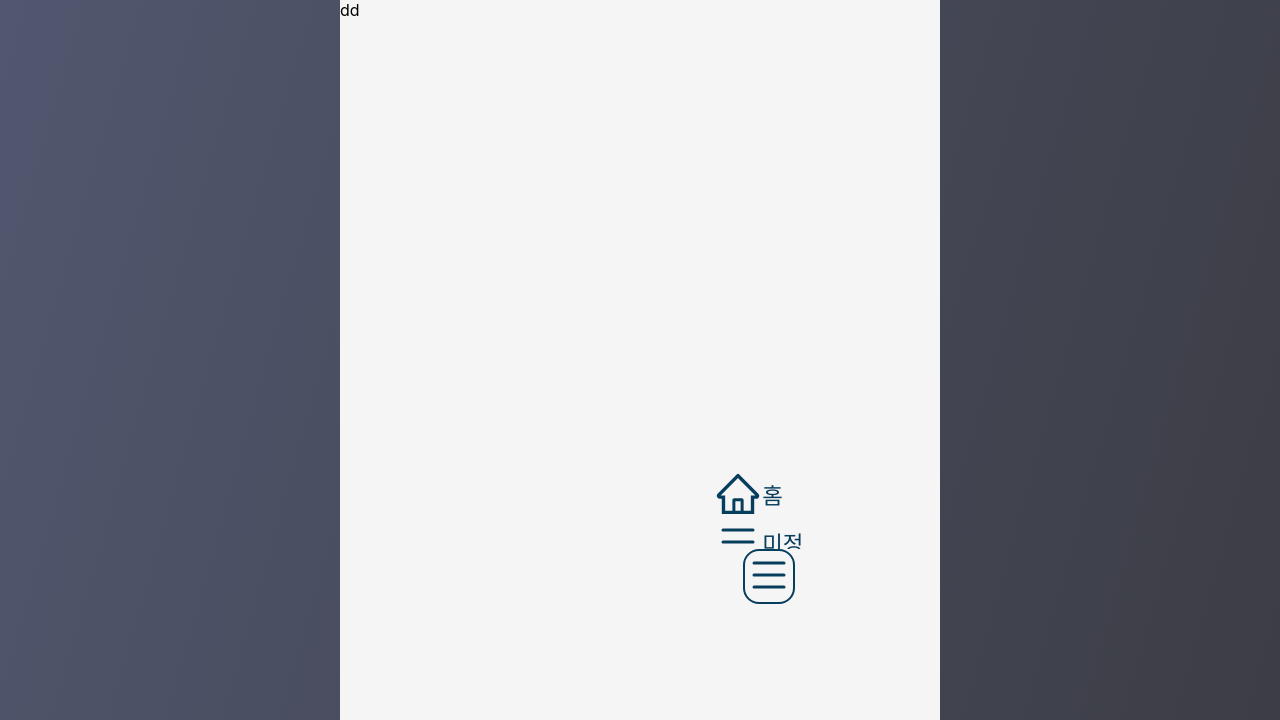
Repository: SeungYn/hanium
Page: /
An editor plug-in stored every save of this project. The page is shown before and after the next save, followed by the edit.
The browser window is 1280 px wide. The pictures show the whole page.
The project was rebuilt for these pictures with package versions that can differ from the ones it lists, and the page was loaded fresh each time. Also part of the build but not shown: src/App.css, src/components/ReadPopup/ReadPopup.module.css, src/components/ReadPopup/ReadPopup.jsx, src/pages/login/Login.jsx.

Above is the page before, as saved 2022-10-27 14:01:24.

After the next save:
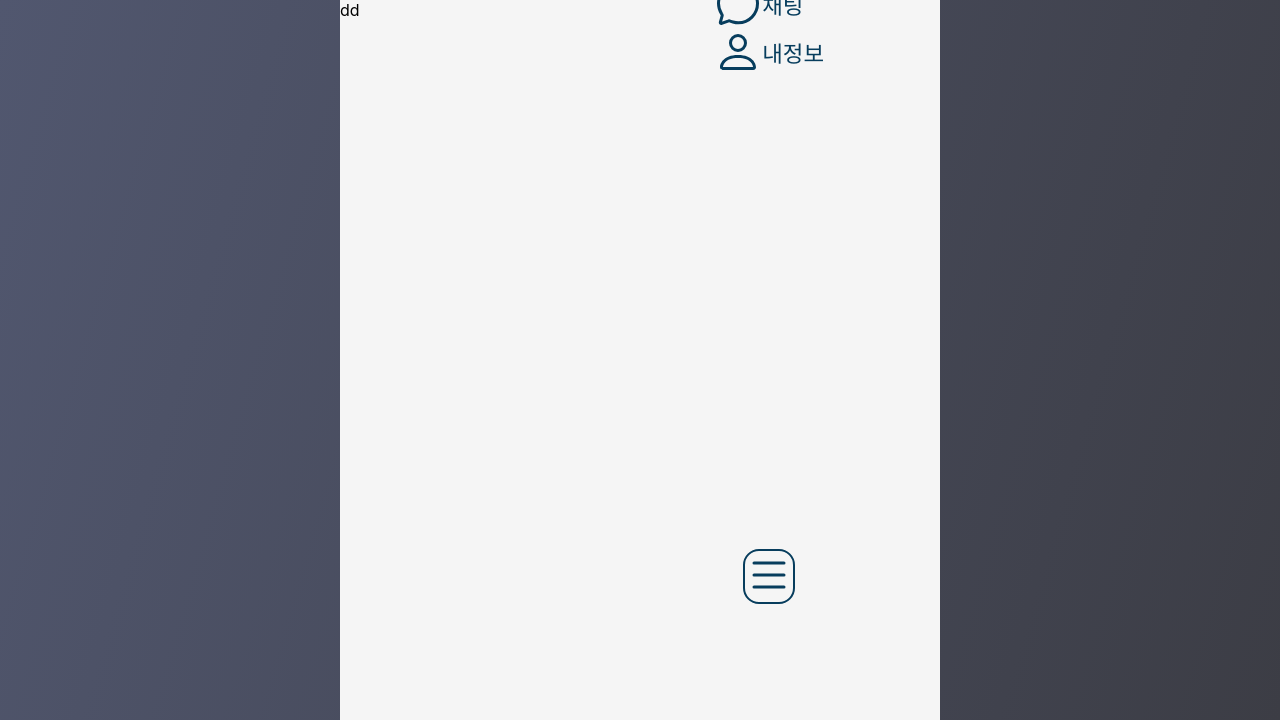
Saved 11 s later.
--- a/src/components/Navbar/Navbar.module.css
+++ b/src/components/Navbar/Navbar.module.css
@@ -28,7 +28,7 @@
 
   transition: height 1s ease-out;
   overflow: hidden;
-  height: 11%;
+  height: 100%;
   min-height: 0;
 }
 
